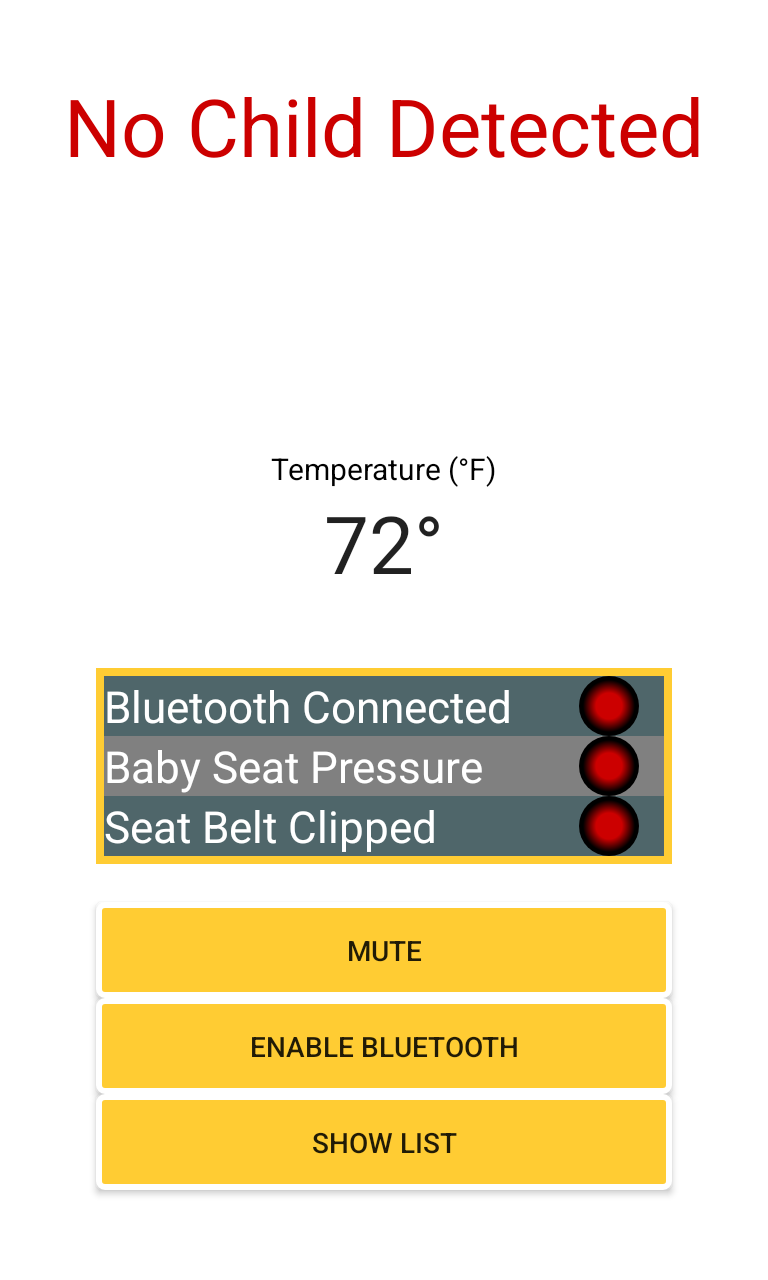
Repository: kqbright/Senior_Design2_Baby_Saver_Android_App
Layout: AppWorkspace/BabyCarTest/res/layout/activity_main.xml
These files come from the project's save history. The layout is drawn as it stood at one moment and after the next save; the edit follows.
It is drawn on a 768 x 1280 px phone screen (xhdpi) without system bars, with theme AppTheme; the app's code is not run.

Above is the layout before, as saved 2014-12-01 03:34:00.

After the next save:
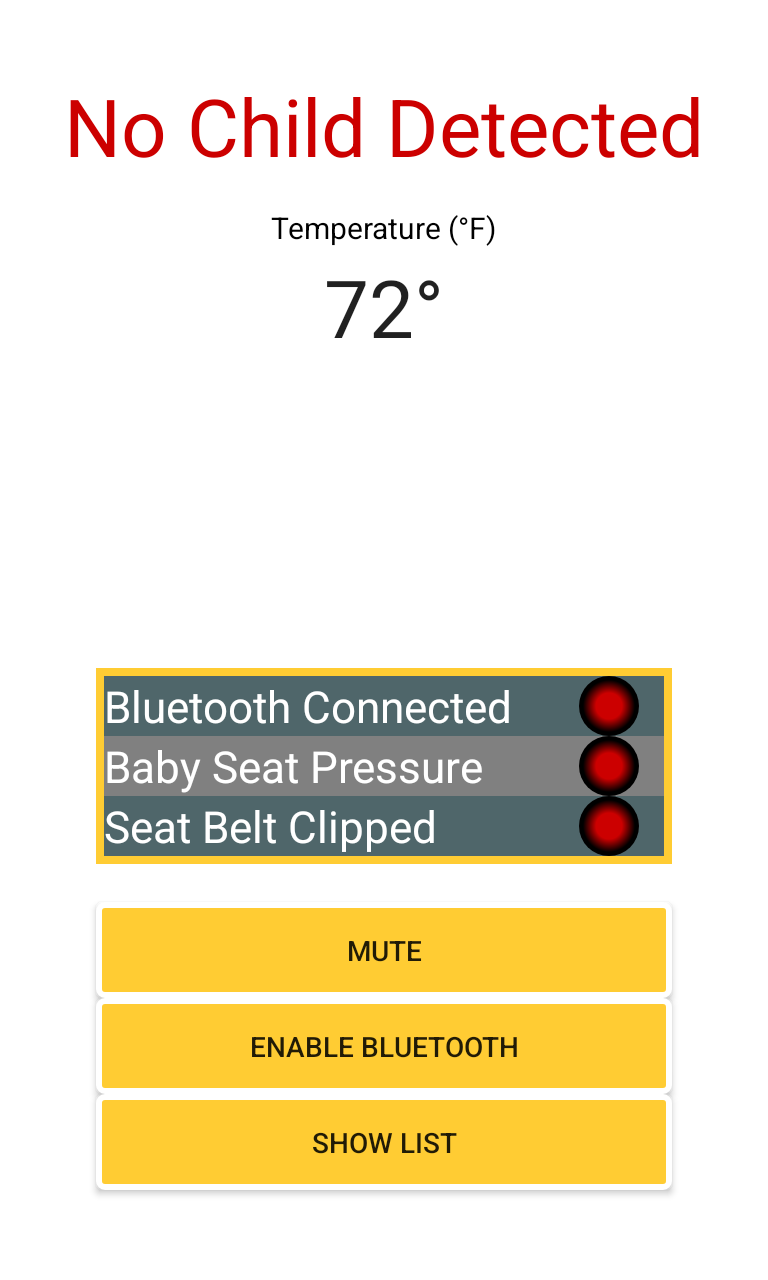
Saved 2 min 50 s later.
--- a/AppWorkspace/BabyCarTest/res/layout/activity_main.xml
+++ b/AppWorkspace/BabyCarTest/res/layout/activity_main.xml
@@ -134,9 +134,9 @@
         android:id="@+id/tempValue"
         android:layout_width="wrap_content"
         android:layout_height="wrap_content"
-        android:layout_above="@+id/tableLayout1"
+        android:layout_below="@+id/baby_status"
         android:layout_centerHorizontal="true"
-        android:layout_marginBottom="36dp"
+        android:layout_marginTop="37dp"
         android:text="@string/temp"
         android:textAppearance="?android:attr/textAppearanceLarge"
         android:textSize="40sp" />
@@ -145,8 +145,9 @@
         android:id="@+id/textView2"
         android:layout_width="wrap_content"
         android:layout_height="wrap_content"
-        android:layout_above="@+id/tempValue"
+        android:layout_below="@+id/baby_status"
         android:layout_centerHorizontal="true"
+        android:layout_marginTop="14dp"
         android:text="@string/temp_lbl"
         android:textAppearance="?android:attr/textAppearanceLarge"
         android:textColor="@color/black"
